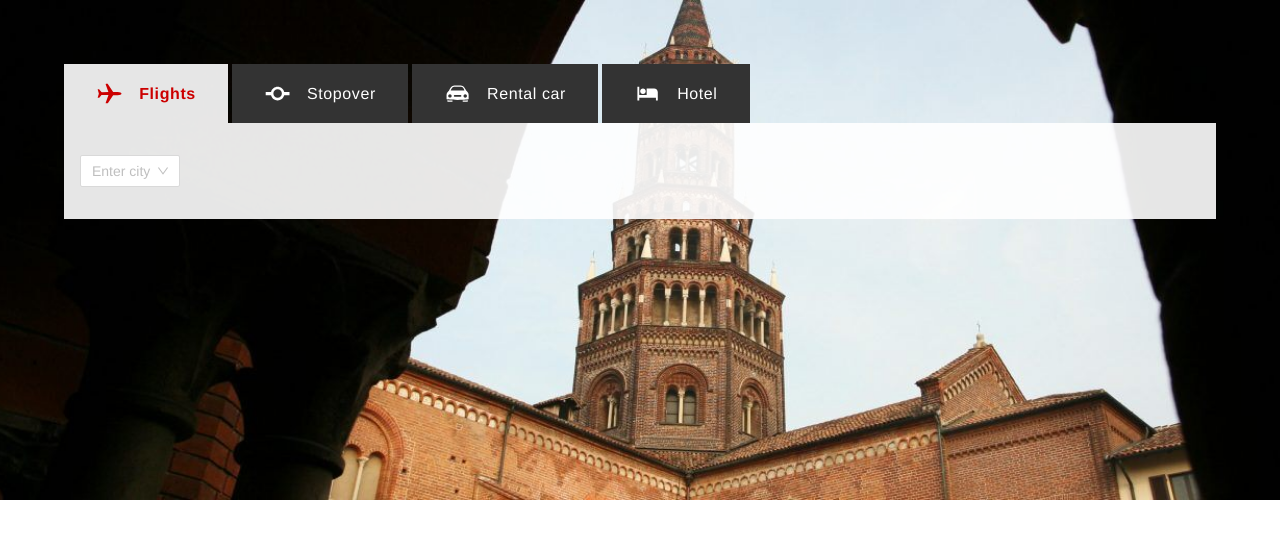
Repository: guidogr95/Everymundo-Excercise
Page: /
These files come from the project's save history. The page is drawn as it stood at one moment and after the next save; the edit follows.
The browser window is 1280 px wide. The pictures show the whole page.
The page's requests for data from a server got no answer. The project was rebuilt for these pictures with package versions that can differ from the ones it lists, and the page was loaded fresh each time. No one was signed in, and anything a server would have sent is missing.

Above is the page before, as saved 2021-06-30 23:54:21.

### src/App.jsx
// utils
import {
  QueryClient,
  QueryClientProvider,
} from 'react-query'
// styles
import 'antd/dist/antd.css';
import './app.scss';
// components
import BookingMask from 'src/components/BookingMask'

const queryClient = new QueryClient()

function App() {
  return (
    <QueryClientProvider client={queryClient}>
      <div className="App">
        <div className="flightmanager-container container" >
          <BookingMask />
        </div>
      </div>
    </QueryClientProvider>
  );
}

export default App;

### src/app.scss
@import 'styles/global';

.App {
  .container {
    width: $desktop-maxwidth;
    max-width: 100%;
  }
  .flightmanager-container {
    background: url('./assets/images/bg.jpg');
    background-size: cover;
    background-position: center;
    min-height: 500px;
    margin: auto;
    padding: 4rem;
  }
}

### src/components/BookingMask/index.jsx
import { useState } from 'react'
// styles
import './bookingmask.scss'
// assets
import { IoIosAirplane, IoMdGitCommit, IoIosCar, IoMdBed } from 'react-icons/io'
// components
import EmptyTab from './EmptyTab'
import FlightsTab from './FlightsTab'

const BookingMask = () => {
  const tabs = [
    {
      name: 'Flights',
      icon: <IoIosAirplane />,
      component: <FlightsTab />
    },
    {
      name: 'Stopover',
      icon: <IoMdGitCommit />,
      component: <EmptyTab />
    },
    {
      name: 'Rental car',
      icon: <IoIosCar />,
      component: <EmptyTab />
    },
    {
      name: 'Hotel',
      icon: <IoMdBed />,
      component: <EmptyTab />
    }
  ]

  const [activeTab, setActiveTab] = useState(tabs[0].name)
  const handleTab = name => setActiveTab(name)

  return (
    <section className="bookingmask" >
      <ul className="bookingmask__nav" >
        {tabs.map(tab =>
          <button
            className={activeTab === tab.name ? 'active' : ''}
            onClick={() => handleTab(tab.name)}
          >
            {tab.icon}<span>{tab.name}</span>
          </button>
        )}
      </ul>
      <div className="bookingmask__tabs-wrapper" >
          {tabs.map(tab =>
            <div className={`bookingmask__tab${activeTab === tab.name ? ' active' : ''}`} >
              {tab.component}
            </div>
          )}
      </div>
    </section>
  )
}

export default BookingMask

### src/styles/_global.scss
@import 'variables';
@import 'mixins';

html,
body {
  position: relative;
  padding: 0;
  margin: 0;
  font-family: $font-family;
  -webkit-text-size-adjust: 100%;
  -webkit-font-smoothing: auto;
  -moz-font-smoothing: auto;
  -moz-osx-font-smoothing: auto;
}
* {
  box-sizing: border-box;
}
ul {
  margin: 0;
  padding: 0;
}
button {
  border: none;
  cursor: pointer;
}

### src/styles/_variables.scss
// measurements
$desktop-maxwidth: 90rem;
// colors
$color-red: #c00;
$color-gray: #333333;
$color-white: #fff;
// fonts
// font-family
$font-family: SwissText,Helvetica,Arial,sans-serif,LufthansaMamSymbolText;
// font-weight
$font-weight-medium: 700;
$font-weight-small: 300;
// font-size
$font-size-normal: 1rem;
$font-size-large: 1.7rem;
// line height
$line-height-medium: 2.2rem;
// letter spacing
$letter-spacing-small: .6px;

// tab variables
// colors
$color-active-tab-bg: hsla(0,0%,100%,.9);
// padding
$padding-tab-link: 1rem 2rem;
$padding-tab-content: 2rem 1rem;
// margin
$margin-tab-link: 0 0 0 .25rem;

### src/styles/_mixins.scss
// MIXINS
@mixin breakpoint($point) {
  @media (max-width: $point) {
    @content;
  }
}

### src/components/BookingMask/bookingmask.scss
@import '/src/styles/variables';
.bookingmask {
  &__nav {
    list-style: none;
    button {
      &:not(:first-of-type) {
        margin: $margin-tab-link;
      }
      color: $color-white;
      background: $color-gray;
      padding: $padding-tab-link;
      display: inline-flex;
      align-items: center;
      font-size: $font-size-normal;
      font-weight: $font-weight-small;
      letter-spacing: $letter-spacing-small;
      &.active {
        color: $color-red;
        font-weight: $font-weight-medium;
        background-color: $color-active-tab-bg;
      }
      svg {
        margin-right: 1rem;
        font-size: $font-size-large;
      }
    }
  }
  &__tabs-wrapper {
    position: relative;
  }
  &__tab {
    position: absolute;
    top: 0;
    left: 0;
    right: 0;
    padding: $padding-tab-content;
    background-color: $color-active-tab-bg;
    display: none;
    &.active {
      display: block;
    }
  }
}

### src/components/BookingMask/EmptyTab/index.jsx
const EmptyTab = () => {
  return (
    <div>
      some more stuff
    </div>
  )
}

export default EmptyTab

### src/components/BookingMask/FlightsTab/index.jsx
// components
import AirportInput from './AirportInput'

const FlightsTab = ({ name, activeTab }) => {
  return (
    <div>
      <AirportInput />
    </div>
  )
}

export default FlightsTab

### src/components/BookingMask/FlightsTab/AirportInput/index.jsx
import { useState } from 'react'
// utils
import { useQuery } from 'react-query'
import { Select } from 'antd'
// api
import { fetchAirports } from 'src/api/fetchers'

const { Option } = Select;

const AirportInput = ({ placeholder }) => {
  const [term, setTerm] = useState('Quito')
  const { isLoading, isError, data, error } = useQuery('airports', () => fetchAirports(term))
  console.log(isLoading, data)
  return (
    <div>
      <Select
        showSearch
        placeholder={placeholder || 'Enter city'}
        onSearch={(value) => setTerm(value)}
        onChange={(value) => setTerm(value)}
      >
        {isLoading ? 'loading' : !isError && data?.airports?.map(airport => <Option>{airport.city}</Option>)}
      </Select>
    </div>
  )
}

export default AirportInput

### src/api/fetchers.js
// utils
import axios from 'axios'

const apiUrl = 'https://us-central1-kob-webinars.cloudfunctions.net/api'

const fetchAirports = (term) => axios.post(`${apiUrl}/getAirports`, { term })

export {
  fetchAirports
}

Loaded but not shown: public/index.html (common file); src/index.jsx (common file); src/reportWebVitals.js (common file)

After the next save:
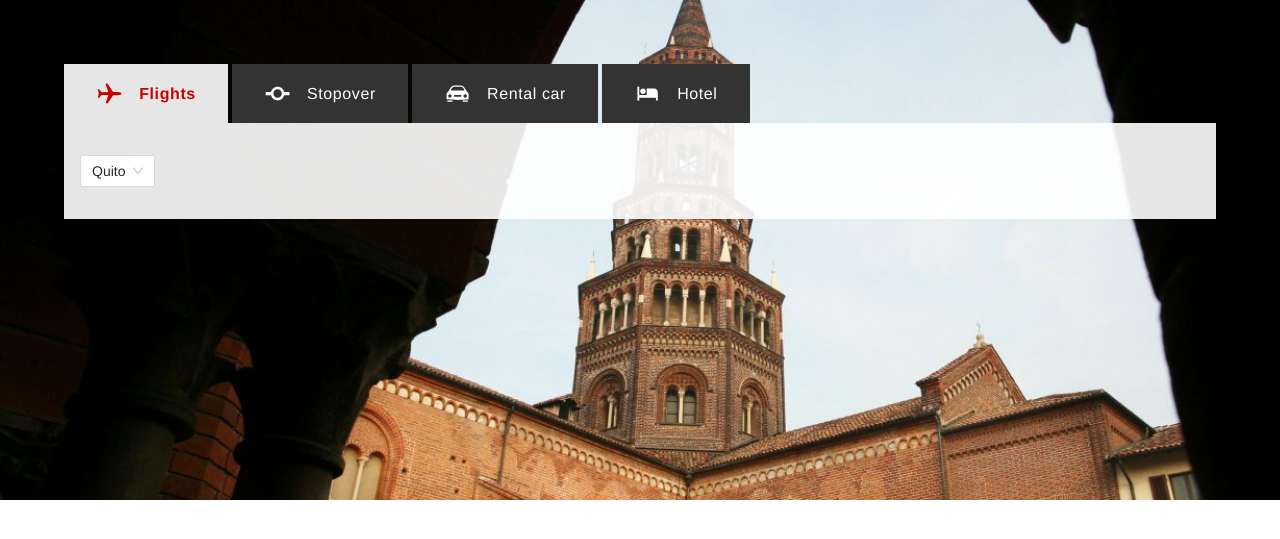
Saved 85 s later.
--- a/src/components/BookingMask/FlightsTab/AirportInput/index.jsx
+++ b/src/components/BookingMask/FlightsTab/AirportInput/index.jsx
@@ -11,11 +11,13 @@ const AirportInput = ({ placeholder }) => {
   const [term, setTerm] = useState('Quito')
   const { isLoading, isError, data, error } = useQuery('airports', () => fetchAirports(term))
   console.log(isLoading, data)
+  console.log('term', term)
   return (
     <div>
       <Select
         showSearch
         placeholder={placeholder || 'Enter city'}
+        value={term}
         onSearch={(value) => setTerm(value)}
         onChange={(value) => setTerm(value)}
       >
